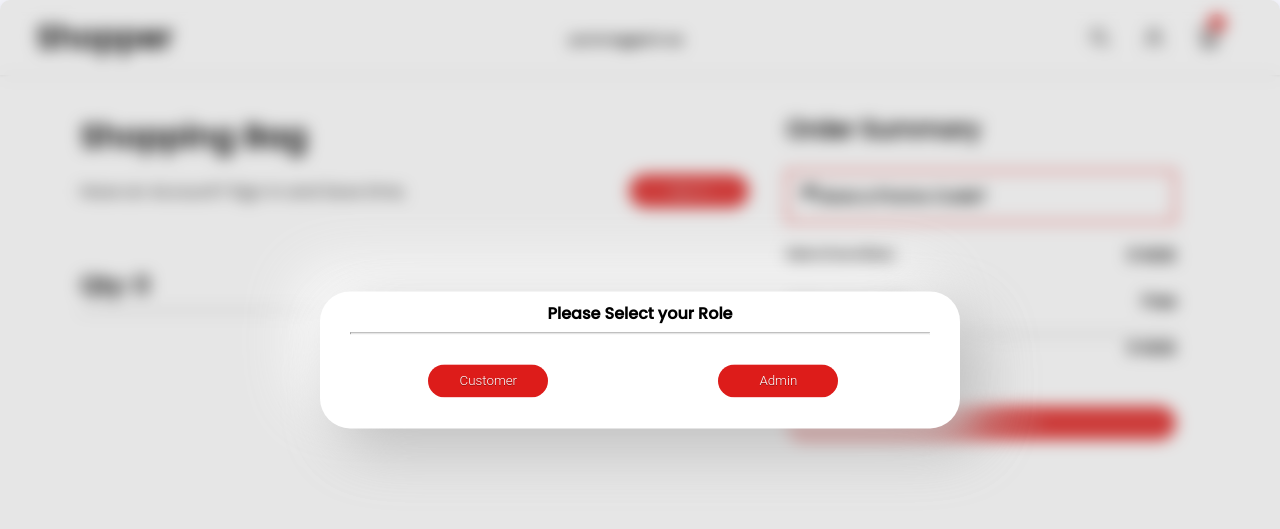
Repository: coolronts/aize-project
Page: /cart
These files come from the project's save history. The page is drawn as it stood at one moment and after the next save; the edit follows.
The browser window is 1280 px wide. The pictures show the whole page.
The project was rebuilt for these pictures with package versions that can differ from the ones it lists, and the page was loaded fresh each time. Also part of the build but not shown: src/components/CartItem/CartItem.tsx, src/pages/Shop/shop.module.css, src/components/Card/Card.tsx, src/components/EditModal/editModal.module.css, src/components/EditModal/EditModal.tsx, src/components/AddModal/addModal.module.css, src/components/AddModal/AddModal.tsx, src/pages/Shop/Shop.tsx.

Above is the page before, as saved 2021-09-17 12:40:55.

### src/index.css
* {
    line-height: 1.6;
}

h1 {
    font-size: 2em;
}

h2 {
    font-size: 1.5em;
}

h3 {
    font-size: 1.17em;
}

h4 {
    font-size: 1em;
}

### src/App.tsx
import React, { useState, useEffect } from 'react';
import {BrowserRouter,Switch,Route} from 'react-router-dom';

//components
import Cart from "./pages/Cart/Cart"
import Shop from "./pages/Shop/Shop"
import Modal from "./components/Modal/Modal"
import Header from "./components/Header/Header"

//context
import {UserContextProvider} from './context/user'
import {CommonContextProvider} from './context/common'

//interface
import {ProductCartType, IProduct} from './interfaces'

//api
import {Get, Delete} from './api/api'

const App: React.FunctionComponent = () => {
  //States
  //user States
  const [id, setId] = useState<number|null>(null)
  const [role, setRole]= useState<'ADMIN'|'CUSTOMER'|null>(null)

  //product States
  const [products, setProducts] = useState<ProductCartType[]>([])
  const [allProducts, setAllProducts] = useState<IProduct[]>([])
  const [cartQty, setCartQty] = useState<number>(0)

  //common States
  const [isLoading,setIsLoading] = useState<boolean>(false)
  const updateIsLoading = (state:boolean)=>{setIsLoading(state)}

  const [isError,setIsError] = useState<boolean>(false)
  const updateIsError = (state:boolean)=>{setIsError(state)}

  const [isEdit, setIsEdit] = useState<string>('')
  const updateIsEdit = (type:string)=>{setIsEdit(type)}

  const [isAdd, setIsAdd] = useState<boolean>(false)
  const updateIsAdd = (state:boolean)=>{setIsAdd(state)}


  const [selectedProduct, setSelectedProduct] = useState<IProduct>({} as IProduct)
  const updateSelectedProduct = (product: IProduct)=>{setSelectedProduct(product)}


  const getAllProducts = ()=>{
    updateIsLoading(true)
    Get.getProducts()
    .then(response => (setAllProducts(response)))
    .catch(error => (setIsError(error)))
    updateIsLoading(false)
  }

  const DeleteProduct = (id:number)=>{
    updateIsLoading(true)
    Delete.deleteProduct(id)
    .then(() => getAllProducts())
  }

  const addUser = (_id:number) =>{
    updateIsLoading(true)
    setId(()=>_id);
    (_id%2===0) ? setRole(()=>'CUSTOMER') : setRole(()=>'ADMIN')
    updateIsLoading(false)
  }

  const addProduct = (_id:number, _quantity:number) =>{
    const foundProduct = products.find(x => x.id === _id)
    if(foundProduct){foundProduct.quantity += _quantity}
    else{setProducts(products.concat({id:_id,quantity:_quantity}))}
    setCartQty(()=>cartQty+1)
  }

  const addCart = async (_cart:ProductCartType[])=>{setProducts(()=>(_cart))}

  useEffect(() =>{
    if(id != null){
      updateIsLoading(true)
      Get.getUserCart(id)
      .then(response =>{
        if(response.products != null){
          addCart(response.products)
          let totalQty = 0
          response.products.map((product) => totalQty += product.quantity)
          setCartQty(totalQty)
          updateIsLoading(false)}
        }
      )}
  },[id])


  const userContextValues ={Cart:{id,products},cartQty, role,addUser,addProduct, addCart, DeleteProduct}
  const commonContextValues = {selectedProduct, updateSelectedProduct, isLoading, isError, updateIsError, updateIsLoading, allProducts,  getAllProducts, isEdit, updateIsEdit, isAdd, updateIsAdd}


  return (
    <CommonContextProvider value={commonContextValues}>
      <UserContextProvider value={userContextValues}>
        {(id==null || isLoading ) && <Modal/>}
        <BrowserRouter>
          <Header/>
          <Switch>
            <Route path="/" exact component={Shop}/>
            {<Route path="/cart" exact component={Cart}/>}
          </Switch>
        </BrowserRouter>
      </UserContextProvider>
    </CommonContextProvider>
  )
};

export default App;

### src/pages/Cart/Cart.tsx
import React,{useContext,  useState} from 'react';
import styles from './cart.module.css';
import {AiFillTag} from "react-icons/ai";

//components
import CartItem from '../../components/CartItem/CartItem'

//context
import UserContext from '../../context/user'
const Cart: React.FunctionComponent = () => {

  const userContext = useContext(UserContext)
  const productsList = userContext.Cart.products

  const[total,setTotal]= useState<number>(0)

  const updateTotal = (newPrice:number):void =>{setTotal((prevState)=>newPrice+prevState)}

  return (
    <div className={styles.container}>
      <div className={styles.shoppingBag}>
        <h1>Shopping Bag</h1>
        <div className={styles.signInContainer}>
          <p>Have an Account? Sign in and Save time.</p>
          <button>Sign In </button>
        </div>
        <div className={styles.cart}>
          <h2>Qty: {userContext.cartQty} </h2>
          <hr/>
          {productsList.map((item,index) => {
            return (
              <div key={index}>
                <CartItem id={item.id} qty={item.quantity}  updateTotal={updateTotal}/>
              </div>
            )
          })}
        </div>
      </div>
      <div className={styles.orderSummary}>
        <h2>Order Summary</h2>
        <div className={styles.promoCode}>
          <AiFillTag/>
          <h4>Have a Promo Code?</h4>
        </div>
        <div className={styles.price}>
          <h4>Merchandise:</h4>
          <strong>{total} NOK</strong>
        </div>
        <div className={styles.price}>
          <h4>Estimated Ship:</h4>
          <strong>Free</strong>
        </div>
        <hr/>
        <div className={styles.price}>
          <h3><strong>Order Total</strong></h3>
          <strong>{total} NOK</strong>
        </div>
        <div className={styles.PayButtonContainer}>
          <button>Proceed to Checkout</button>
        </div>
      </div>
    </div>
  )
};

export default Cart;

### src/components/Modal/Modal.tsx
import React, { useContext } from 'react';
import styles from './modal.module.css'

//context
import UserContext from '../../context/user'
import CommonContext from '../../context/common'

const Modal: React.FunctionComponent = () => {
  const userContext = useContext(UserContext)
  const commonContext = useContext(CommonContext)

  return (
    <div className={styles.container}>
      <div className={styles.modal}>
        {commonContext.isLoading ?
          <div className={styles.loaderContainer}>
            <div className={styles.loader}></div>
          </div>

        :
          <>
            <h4>Please Select your Role</h4>
            <hr/>
            <div className={styles.buttonContainer}>
              <button onClick={()=>{!userContext.Cart.id && userContext.addUser(Math.floor(Math.random() * 49)*2)}}>Customer</button>
              <button onClick={()=>{!userContext.Cart.id && userContext.addUser(Math.floor(Math.random() * 49)*2 + 1)}}>Admin</button>
            </div>
          </>
        }
      </div>
    </div>
  )
}

export default Modal

### src/components/Header/Header.tsx
import React, {useContext} from 'react';
import styles from './header.module.css';
import {Link} from "react-router-dom";
//component
import Logo from '../Logo/Logo'
//context
import UserContext from '../../context/user';

const Header: React.FunctionComponent = () => {
  const userContext = useContext(UserContext)
  const role = userContext.role

  return (
    <header>
      <div>
        <Link to="/" className={styles.linkStyle}><h1>Shopper</h1></Link>
      </div>
      <h3 className={styles.role}> <span>you're logged in as </span>{role}</h3>
      <div className={styles.logoContainer}>
        <Logo logo={"search"}/>
        <Logo logo={"user"}/>
        <Logo logo={"cart"}/>
      </div>
    </header>
  )
}

export default Header

### src/context/user.ts
import { createContext } from "react";
import {IUserProp, ProductCartType} from '../interfaces'

//initializing the state
const UserContext = createContext<IUserProp>({
  Cart:{id:null,products:[]},
  role:null,
  cartQty: 0,
  addCart:(products:ProductCartType[])=>{},
  addUser:(id:number)=>{},
  addProduct:(id:number)=>{},
  DeleteProduct:(id:number)=>{}
})

export const UserContextConsumer = UserContext.Consumer;
export const UserContextProvider = UserContext.Provider;
export default UserContext;

### src/context/common.ts
import { createContext } from "react";
import {ICommon,IProduct} from '../interfaces'

//initializing the state
const CommonContext = createContext<ICommon>({
  isLoading:false,
  isError:false,
  updateIsLoading:(state:boolean) =>{},
  updateIsError:(state:boolean) =>{},
  allProducts:[],
  getAllProducts:()=>{},
  isEdit:'',
  updateIsEdit:(type:string)=>{},
  selectedProduct:{} as IProduct,
  updateSelectedProduct:(product:IProduct|null)=>{},
  isAdd:false,
  updateIsAdd:(state:boolean)=>{}
})

export const CommonContextConsumer = CommonContext.Consumer;
export const CommonContextProvider = CommonContext.Provider;
export default CommonContext;

### src/api/api.ts
import axios, {AxiosResponse} from 'axios';
import {IProduct, UserCartType} from '../interfaces'

const instance = axios.create({
  baseURL: 'http://localhost:8080',
  timeout: 15000,
});

const responseBody = (response: AxiosResponse) => response.data;

const requests = {
	get: (url: string) => instance.get(url).then(responseBody),
  delete: (url: string) => instance.delete(url).then(responseBody),
  put: (url: string, body: {}) => instance.put(url, body).then(responseBody),
  post: (url: string, body: {}) => instance.post(url, body).then(responseBody),
};


export const Get={
  getProducts: (): Promise<IProduct[]> => requests.get('products'),
  getUserCart: (id:number): Promise<UserCartType> => requests.get('carts/'+ id),
  getProduct: (id:number): Promise<IProduct> => requests.get('products/'+ id),
  searchProduct: (query:string): Promise<IProduct[]> => requests.get('products?q='+ query),
}

export const Delete={
  deleteProduct: (id:number): Promise<void> => requests.delete('products/'+id)
}

export const Put={
  updateProduct: (post: IProduct, id: number): Promise<IProduct> =>requests.put('/products/' + id, post)
}
export const Post={
  addProduct: (post: IProduct): Promise<IProduct> =>requests.post('/products', post)}

### src/pages/Cart/cart.module.css
strong {
    font-weight: 600;
}

.container {
    padding: 24px 80px;
    display: flex;
}

.shoppingBag {
    width: 80%;
    padding: 12px 0px;
}

.signInContainer {
    margin-bottom: 12px;
    margin-top: 12px;
    display: flex;
    align-items: center;
    justify-content: space-between;
}

.cart {
    padding-top: 46px;
}

.orderSummary {
    padding: 12px 24px 12px 24px;
    width: 50%;
}

.promoCode {
    display: flex;
    margin: 20px 0;
    border: 2px solid #dd1c1a;
    padding: 12px;
    width: 100%;
    text-align: center;
}

.price {
    display: flex;
    justify-content: space-between;
    margin-bottom: 20px;
}

.PayButtonContainer>button {
    margin-top: 20px;
    width: 100%;
}

.buttonContainer {
    margin-top: 24px;
    display: flex;
    justify-content: center;
}

button {
    cursor: pointer;
    width: 120px;
    background-color: #dd1c1a;
    display: inline-block;
    padding: 0.3em 1.2em;
    margin: 0 1em 0.1em 0;
    border: 0.16em solid rgba(255, 255, 255, 0);
    border-radius: 2em;
    box-sizing: border-box;
    text-decoration: none;
    font-family: 'Roboto', sans-serif;
    font-weight: 300;
    color: white;
    text-shadow: 0 0.04em 0.04em rgba(0, 0, 0, 0.35);
    text-align: center;
    transition: all 0.2s;
}

button:hover {
    border-color: rgba(255, 255, 255, 1);
}

@media screen and (max-width: 800px) {
    h1 {
        font-size: 14px;
    }
    h2 {
        font-size: 10px;
    }
    p {
        font-size: 12px;
    }
    button {
        width: 120px;
        border-radius: 0.3em;
        padding: 0.1em 0.4em;
    }
    .container {
        padding: 24px 24px;
        flex-direction: column;
    }
    .shoppingBag {
        width: 80%;
        padding: 12px 12px;
        text-align: left;
    }
    .signInContainer {
        margin-bottom: 0px;
        margin-top: 0px;
    }
    .cart {
        padding-top: 12px;
    }
    img {
        padding: 0px;
    }
}

### src/components/Modal/modal.module.css
.container {
    width: 100%;
    height: 100%;
    position: fixed;
    background: rgba( 155, 155, 155, 0.25);
    box-shadow: 0 8px 32px 0 rgba( 31, 38, 135, 0.37);
    backdrop-filter: blur( 8px);
    -webkit-backdrop-filter: blur( 8px);
    border-radius: 10px;
    z-index: 20;
}

.modal {
    text-align: center;
    background-color: white;
    border-radius: 10px;
    padding: 10px 30px;
    width: 50%;
    position: absolute;
    top: 50%;
    left: 50%;
    transform: translate(-50%, -50%);
    border-radius: 30px;
    background: white;
    box-shadow: 20px 20px 60px #bebebe, -20px -20px 60px #ffffff;
}

.buttonContainer {
    display: flex;
    margin: 20px 0;
    justify-content: space-around;
    flex-wrap: wrap;
}

.buttonContainer>button {
    margin-top: 10px;
}

.loaderContainer {
    padding: 10px 30px 10px 30px;
    width: 100%;
    height: 100%;
    display: flex;
    justify-content: center;
}

.loader {
    position: relative;
    border: 16px solid #f3f3f3;
    border-radius: 50%;
    border-top: 16px solid #3498db;
    width: 120px;
    height: 120px;
    -webkit-animation: spin 2s linear infinite;
    /* Safari */
    animation: spin 2s linear infinite;
}


/* Safari */

@-webkit-keyframes spin {
    0% {
        -webkit-transform: rotate(0deg);
    }
    100% {
        -webkit-transform: rotate(360deg);
    }
}

@keyframes spin {
    0% {
        transform: rotate(0deg);
    }
    100% {
        transform: rotate(360deg);
    }
}

@media screen and (max-width: 800px) {
    .container {
        text-align: center;
    }
}

### src/components/Header/header.module.css
header {
    box-shadow: 0 1px 3px 0 rgba(0, 0, 0, 0.1), 0 1px 2px 0 rgba(0, 0, 0, 0.06);
    padding: 12px 36px;
    display: flex;
    justify-content: space-between;
    align-items: center;
}

.logoContainer {
    display: flex;
}

.role {
    color: #dd1c1a;
}

.role>span {
    font-size: 12px;
    margin-right: 3px;
    color: black;
}

.linkStyle {
    text-Decoration: none;
    color: black;
}

@media screen and (max-width: 800px) {
    .linkStyle>h1 {
        font-size: 16px;
    }
}

### src/components/Logo/Logo.tsx
import React, {useContext, useState} from 'react'
import styles from './logo.module.css'
import {Link} from "react-router-dom"

//icons
import {MdCancel} from "react-icons/md"
import { AiOutlineShoppingCart, AiOutlineUser, AiOutlineSearch } from 'react-icons/ai';

//interface
import {IProduct} from '../../interfaces'

//context
import UserContext from '../../context/user'

//api
import {Get} from "../../api/api"

const Logo: React.FunctionComponent<{logo:string}>= ({logo}) => {
  const userContext = useContext(UserContext)

  const [searchItems, setSearchItems] = useState<IProduct[]>([])
  const [isSearch, setIsSearch] = useState<boolean>(false)

  const search = (keyword:any) =>{
    if(keyword.length===0){
      setIsSearch(false)
    }
    else{
      setIsSearch(true)
      Get.searchProduct(keyword)
      .then(result => {setSearchItems(()=>result.slice(0,5))})
    }
  }
  return (
    <>
      {logo==="cart" && (
        <Link to="/cart">
          <div className={styles.logoContainer}>
            <AiOutlineShoppingCart className={styles.icon}/>
            {userContext.Cart.products != null && (<p className={styles.badge}>{userContext.cartQty}</p>)}
          </div>
        </Link>
      )}

      {logo==="user" && (
        <div className={styles.logoContainer}>
         <AiOutlineUser className={styles.icon}/>
        </div>
      )}

      {logo==="search" && (
        <>
          { isSearch && <div className={styles.searchContainer}>
            <input type="text" onChange={(e)=>search(e.target.value)} className={styles.searchBox}/>
            <MdCancel onClick={()=>setIsSearch(false)}  />
            <>
              {isSearch &&
                <div className={styles.suggestionContainer}>
                  {isSearch && searchItems.map((item,index)=>{
                    return(
                      <div key={index} className={styles.suggestionContainer}>
                        <div className={styles.suggestion}>
                          <div className={styles.imageContainer}>
                            <img src={item.defaultImage} alt="product"/>
                          </div>

                          <div className={styles.info}>
                            <p className={styles.name}>{item.name}</p>
                            <p>Price: {item.price} Nok</p>
                            <p>Discount:  -{item.discount}%</p>
                          </div>
                        </div>
                        <hr></hr>
                      </div>
                     )
                  })}
                </div>
              }
            </>
          </div>}

          <div onClick={()=>{
            setIsSearch(true)
            setSearchItems([])
            }} className={styles.logoContainer}>
            <AiOutlineSearch  className={styles.icon}/>
          </div>
        </>
      )}
    </>
  )
}

export default Logo

### src/components/CartItem/cartItem.module.css
strong {
    font-weight: 600;
}

.product {
    display: flex;
    margin-top: 20px;
    border-bottom: 2px solid whitesmoke;
    padding: 10px 10px;
    cursor: pointer;
}

.product:hover {
    border-radius: 30px;
    background: #e0e0e0;
    box-shadow: 20px 20px 60px #bebebe, -20px -20px 60px #ffffff;
}

.imageContainer>img {
    width: 200px;
    border-radius: 30px;
    object-fit: contain;
}

.productInfo {
    height: inherit;
    display: flex;
    flex-direction: column;
    justify-content: space-between;
    margin-left: 20px;
    width: 50%;
}

.vl {
    border-left: 2px solid #D3D3D3;
    height: 60px;
    align-self: center;
}

.productSummary {
    margin-left: 20px;
    display: flex;
    flex-direction: column;
    justify-content: center;
    text-align: center;
    color: #dd1c1a;
    width: 45%;
}

@media screen and (max-width: 800px) {
    h1 {
        font-size: 14px;
    }
    h2 {
        font-size: 10px;
    }
    p {
        font-size: 12px;
    }
    .product {
        flex-direction: column;
    }
    .imageContainer>img {
        width: 200px;
    }
    .productInfo {
        margin-left: 0px;
        width: 100%;
    }
    .vl {
        display: none
    }
    .productSummary {
        margin-left: 0px;
        flex-direction: row;
        justify-content: flex-start;
        text-align: left;
    }
}

### src/components/Logo/logo.module.css
.logoContainer {
    position: relative;
    cursor: pointer;
    border-radius: 18px;
    padding: 18px;
    z-index: 1;
    margin-right: 18px;
}

.logoContainer:hover {
    box-shadow: 0 5px 10px rgba(146, 61, 36, 0.05), 0 15px 40px rgba(165, 83, 63, 0.2);
}

.icon {
    position: absolute;
    font-size: 24px;
    color: black;
    z-index: 5;
    top: 0;
    bottom: 0;
    left: 0;
    right: 0;
    margin: auto auto auto auto;
}

.badge {
    position: absolute;
    background-color: #dd1c1a;
    color: white;
    font-weight: bold;
    font-size: 8px;
    width: 18px;
    height: 18px;
    border-radius: 50%;
    text-align: center;
    top: -6px;
    line-height: 18px;
}

.searchContainer {
    width: 100%;
    height: 100%;
    left: 0;
    padding: 2% 20%;
    position: fixed;
    background: rgba( 255, 255, 255, 1);
    box-shadow: 0 8px 32px 0 rgba( 31, 38, 135, 0.37);
    backdrop-filter: blur( 4px);
    -webkit-backdrop-filter: blur( 4px);
    border-radius: 10px;
    border: 1px solid rgba( 255, 255, 255, 0.18);
    z-index: 20;
    text-align: center;
    overflow-y: scroll;
}

.searchContainer>input {
    margin-top: 5%;
    border-radius: 12px;
    outline: none;
    border: 1px solid black;
    padding: 0.5em 1em 0.5em 1em;
}

.suggestion {
    padding-top: 10px;
    display: flex;
    justify-content: center;
    align-items: center;
    margin-bottom: 3px;
    margin-top: 10px;
    width: 100%;
    border-radius: 12px;
}

.suggestion:hover {
    background-color: gainsboro;
}

.imageContainer {
    padding: 20px;
}

.imageContainer>img {
    width: 100px;
}

.info {
    display: flex;
    flex-direction: column;
    text-align: left;
    width: 60%;
}

.name {
    font-size: 18px;
}

.price {
    margin-top: 5px;
    width: 60%;
    display: flex;
    justify-content: space-around;
    width: 100%;
    font-size: 12px;
}

.suggestion>img {
    width: 5%;
    border-radius: 12px;
}

hr {
    margin-top: 5px;
}

@media screen and (max-width: 800px) {
    .logoContainer {
        margin-right: 0px;
    }
    .icon {
        font-size: 16px;
    }
    h3 {
        display: none;
    }
    h3>span {
        display: block;
    }
    .searchContainer {
        position: fixed;
        left: 0;
        top: 0;
        padding: 20px 20px;
    }
    .suggestion {
        align-items: center;
        margin-bottom: 3px;
        margin-top: 10px;
        width: 100%;
        margin-left: 0%;
    }
}

Loaded but not shown: public/index.html (common file); src/index.tsx (common file); src/components/Card/card.module.css (145 lines, source omitted)

After the next save:
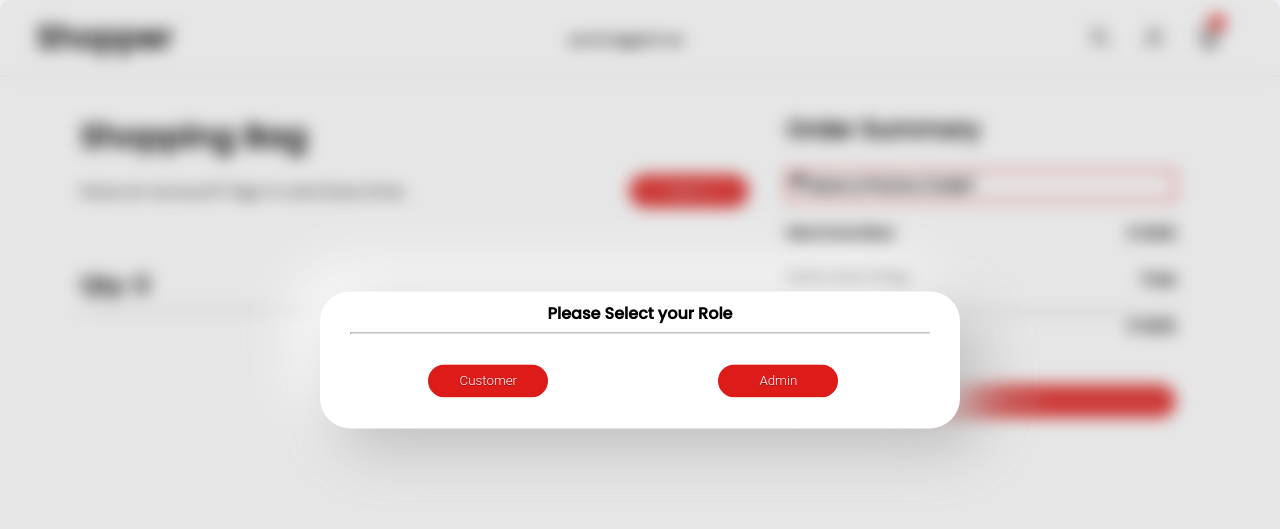
Saved 7 s later.
--- a/src/pages/Cart/cart.module.css
+++ b/src/pages/Cart/cart.module.css
@@ -33,7 +33,7 @@
     display: flex;
     margin: 20px 0;
     border: 2px solid #dd1c1a;
-    padding: 12px;
+    padding: 1px;
     width: 100%;
     text-align: center;
 }

After the save that followed:
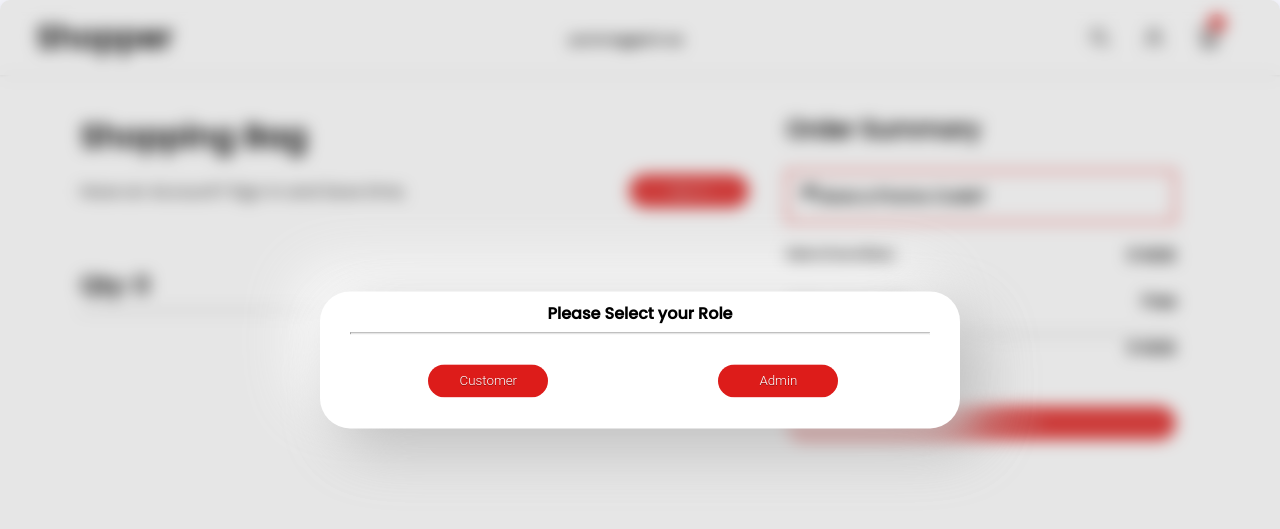
Saved 5 s later.
--- a/src/pages/Cart/cart.module.css
+++ b/src/pages/Cart/cart.module.css
@@ -33,7 +33,7 @@
     display: flex;
     margin: 20px 0;
     border: 2px solid #dd1c1a;
-    padding: 1px;
+    padding: 12px;
     width: 100%;
     text-align: center;
 }
